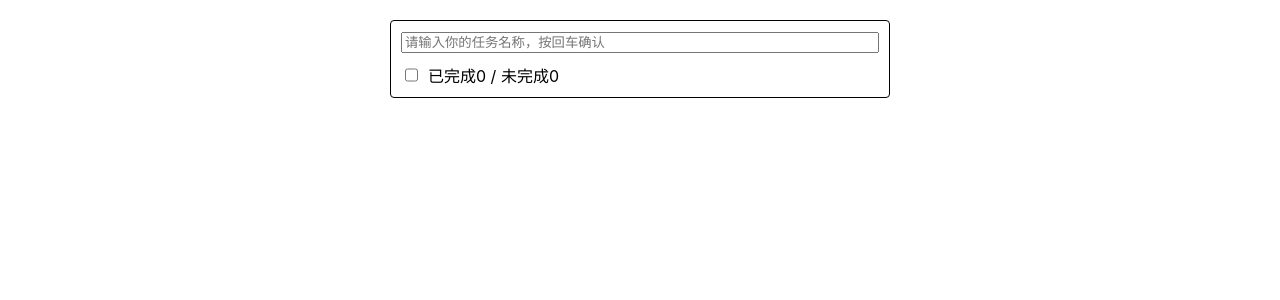
Repository: Gaays/React-todo-list
Page: /
An editor plug-in stored every save of this project. The page is shown before and after the next save, followed by the edit.
The browser window is 1280 px wide. The pictures show the whole page.
The project was rebuilt for these pictures with package versions that can differ from the ones it lists, and the page was loaded fresh each time. Also part of the build but not shown: src/components/TodoItem/index.scss, src/components/TodoItem/index.jsx.

Above is the page before, as saved 2022-10-17 21:03:04.

### src/App.js
import './App.scss';
import Todo from './components/Todo';

function App() {
  return (
    <div className="App">
      <Todo />
    </div>
  );
}

export default App;

### src/App.scss
html {
  box-sizing: border-box;
}

*,
*:before,
*:after {
  box-sizing: inherit;
}

.App {
  text-align: center;
  display: flex;
  flex-direction: column;
  align-items: center;
  justify-content: center;
}

.App-logo {
  height: 40vmin;
  pointer-events: none;
}

@media (prefers-reduced-motion: no-preference) {
  .App-logo {
    animation: App-logo-spin infinite 20s linear;
  }
}

.App-header {
  background-color: #282c34;
  min-height: 100vh;
  display: flex;
  flex-direction: column;
  align-items: center;
  justify-content: center;
  font-size: calc(10px + 2vmin);
  color: white;
}

.App-link {
  color: #61dafb;
}

@keyframes App-logo-spin {
  from {
    transform: rotate(0deg);
  }

  to {
    transform: rotate(360deg);
  }
}

### src/components/Todo/index.jsx
import React, { Component } from "react";
import './index.scss'
import TodoItem from '../TodoItem'


class TodoInput extends Component {
  state = {
    label: ''
  }
  handleInput = (e) => {
    this.setState({ label: e.target.value })
  }
  handleSubmit = (e) => {
    if (e.code === 'Enter') {
      this.props.submit(this.state.label)
      this.setState({ label: '' })

    }
  }
  render() {
    return (
      <div>
        <input className="todo-input" type="text" value={this.state.label} onChange={this.handleInput} onKeyUp={this.handleSubmit} placeholder="请输入你的任务名称，按回车确认" />
      </div>
    );
  }
}

export default class Todo extends Component {
  state = {
    list: [],
    checkAll: false
  }
  addListItem = (label) => {
    const id = Number(new Date())
    let list = this.state.list.slice()
    list.unshift({ label: label, id: id, check: false })
    this.setState(() => {
      return { list: list }
    })
  }
  changeState = (id, state) => {
    const newList = this.state.list.slice()
    const item = newList.find(item => item.id === id)
    let checkAll = false
    if (item) {
      item.check = state
    }
    if (this.state.list.length > 0 && this.getUndoneCount === 0) {
      checkAll = true
    }
    this.setState(() => {
      return { list: newList, checkAll: checkAll }
    })
  }

  handleCheckAll = () => {
    const checkAllFlag = !this.state.checkAll
    const list = this.state.list.slice()
    list.forEach(item => {
      item.check = checkAllFlag
    })
    this.setState(() => {
      return { list: list, checkAll: checkAllFlag }
    })
  }

  get getDoneCount() {
    const doneCount = this.state.list.filter(item => item.check).length
    return doneCount
  }

  get getUndoneCount() {
    return this.state.list.filter(item => item.check === false).length
  }


  render() {
    let todoList = null;
    if (this.state.list.length > 0) {
      const itemlist = this.state.list.map((item) => {
        return <TodoItem data={item} key={item.id} changeState={this.changeState} />
      })
      todoList = <div className="todo-list">{itemlist}</div>
    }

    return (
      <div className="todo-box">
        <TodoInput submit={this.addListItem} />
        {todoList}
        <div className="state-box">
          <input className="check-all" type="checkbox" checked={this.state.checkAll} onChange={this.handleCheckAll} />
          <div>已完成{this.getDoneCount} / 未完成{this.getUndoneCount}</div>
        </div>
      </div>
    )
  }
}

### src/components/Todo/index.scss
.todo-box {
  width: 500px;
  padding: 10px;
  margin-top: 20px;
  text-align: center;
  border: 1px solid #000;
  border-radius: 4px;

  .todo-input {
    width: 100%;
    margin-bottom: 10px;
  }

  .todo-list {
    border: 1px solid #000;
    margin-bottom: 10px;
  }

  .state-box {
    display: flex;

    .check-all {
      margin-right: 10px;
    }
  }
}

Loaded but not shown: public/index.html (common file); src/index.js (common file); src/index.css (common file); src/reportWebVitals.js (common file)

After the next save:
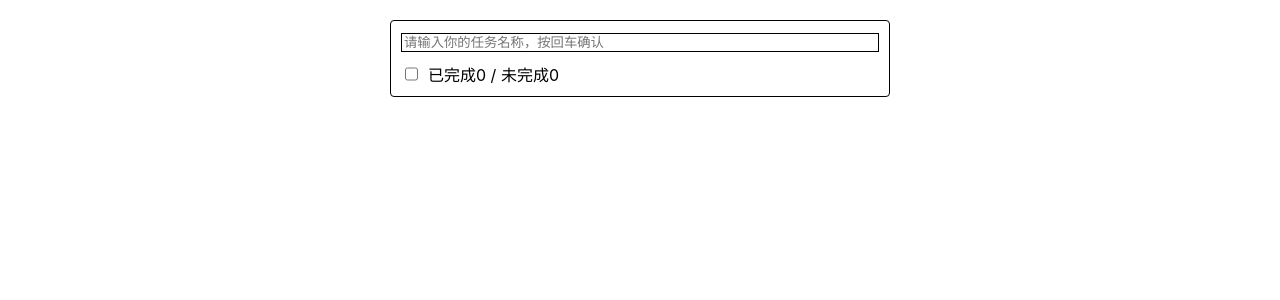
Saved 47 s later.
--- a/src/components/Todo/index.scss
+++ b/src/components/Todo/index.scss
@@ -9,6 +9,11 @@
   .todo-input {
     width: 100%;
     margin-bottom: 10px;
+    border: 1px solid #000;
+
+    &:focus {
+      border-color: #2e87be;
+    }
   }
 
   .todo-list {

After the 3 saves that followed:
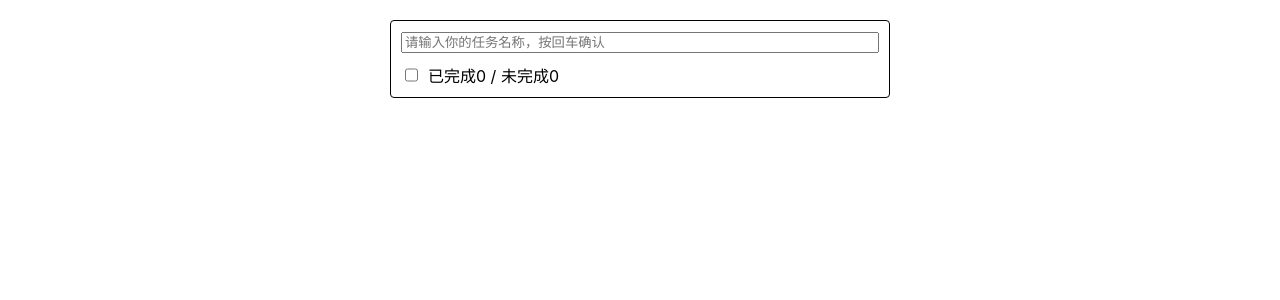
The 3 saves are shown as one change because 2 left the picture as it was.
The last was saved 2 min 58 s later.
--- a/src/components/Todo/index.scss
+++ b/src/components/Todo/index.scss
@@ -9,11 +9,9 @@
   .todo-input {
     width: 100%;
     margin-bottom: 10px;
-    border: 1px solid #000;
 
-    &:focus {
-      border-color: #2e87be;
-    }
+    outline-color: #2e87be;
+
   }
 
   .todo-list {
